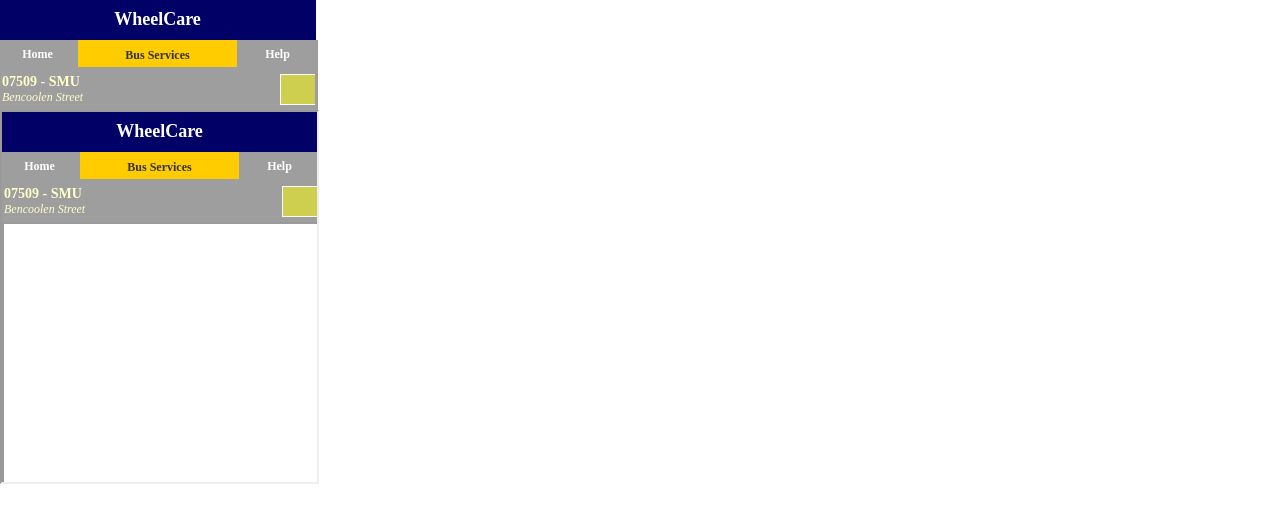
Repository: junkiatyeo/WheelCareVer2
Page: Wheelcarev2/war/Bus_ServicesA3.html
The author's editor kept a copy of each file at every save. The page is drawn from the files as they stood at one save, then again after the next save.
The browser window is 1280 px wide. The pictures show the whole page.
Pictures or frames that could not be fetched are drawn as grey boxes.

Above is the page before, as saved 2014-03-29 12:42:40.

After the next save:
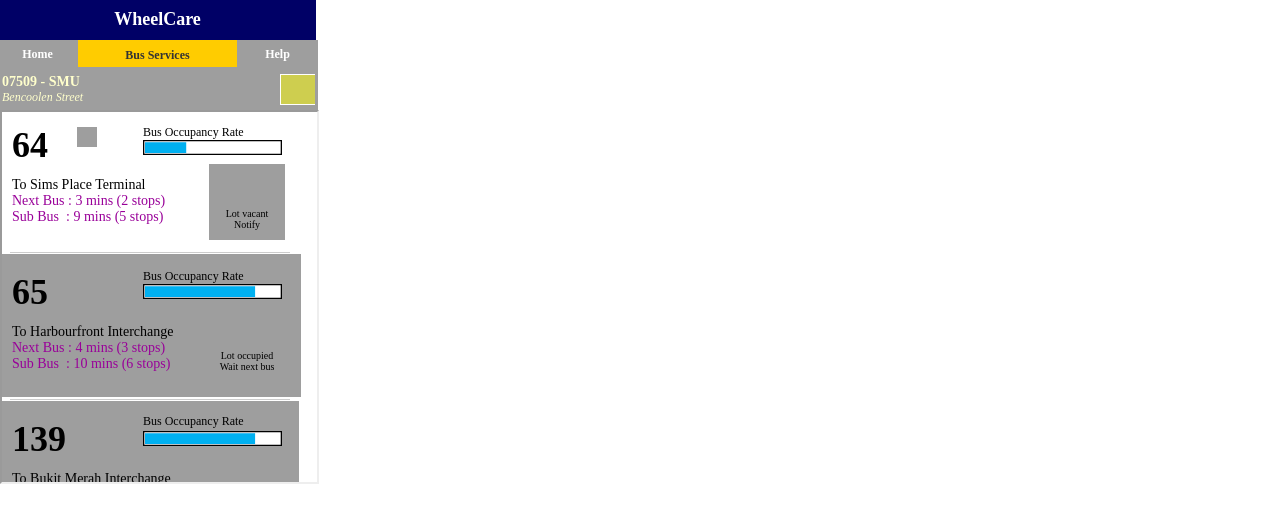
Saved 2 min 36 s later.
--- a/Wheelcarev2/war/Bus_ServicesA3.html
+++ b/Wheelcarev2/war/Bus_ServicesA3.html
@@ -40,7 +40,7 @@
 <div id="u5_rtf"><p style="text-align:left;"><span style="font-family:Axure Handwriting;font-size:14px;font-weight:bold;font-style:normal;text-decoration:none;color:#FFFFCC;">07509</span><span style="font-family:Axure Handwriting;font-size:14px;font-weight:bold;font-style:normal;text-decoration:none;color:#FFFFCC;"> - </span><span style="font-family:Axure Handwriting;font-size:14px;font-weight:bold;font-style:normal;text-decoration:none;color:#FFFFCC;">SMU</span></p><p style="text-align:left;"><span style="font-family:Axure Handwriting;font-size:12px;font-weight:normal;font-style:italic;text-decoration:none;color:#FFFFCC;">Bencoolen Street</span></p></div>
 </div>
 </div>
-<IFRAME id="u6" style="position:absolute; left:0px; top:110px; width:315px; height:370px; ; ; ;;" basesrc="#" frameborder="1" scrolling="auto" ></IFRAME>
+<IFRAME id="u6" style="position:absolute; left:0px; top:110px; width:315px; height:370px; ; ; ;;" basesrc="List_of_Bus_Services_A3.html" frameborder="1" scrolling="auto" ></IFRAME>
 
 <a href="Bus_ServicesA3.html" target="_parent">
 <div id="u7" class="u7_container"   >
